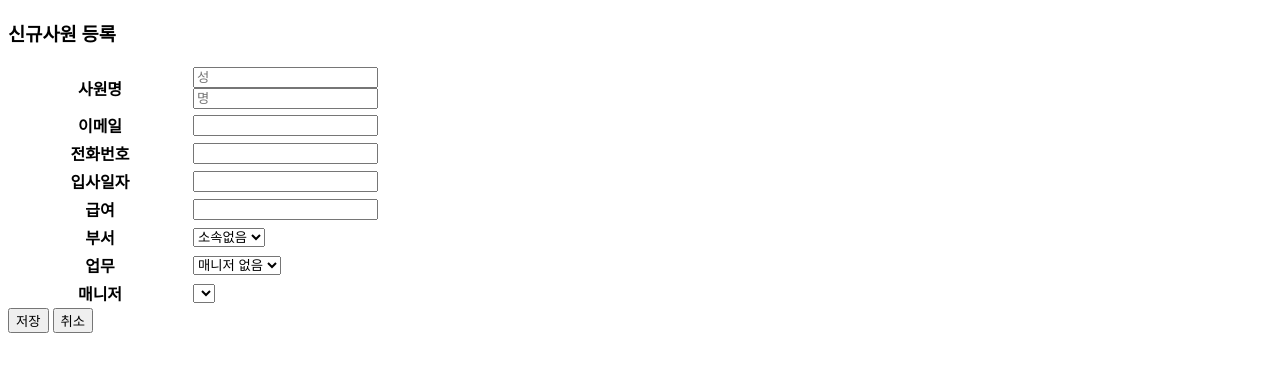
Repository: honsb91/Study_Spring
Page: http://localhost/02.Smart/WEB-INF/views/hr/register.jsp
An editor plug-in stored every save of this project. The page is shown before and after the next save, followed by the edit.
The browser window is 1280 px wide. The pictures show the whole page.
The page is served by Tomcat 9. Nobody is signed in. The template is opened directly, without the code that normally fills it, so the values that code supplies are empty.

Above is the page before, as saved 2023-12-26 07:37:28.
Console error: ReferenceError: $ is not defined

After the next save:
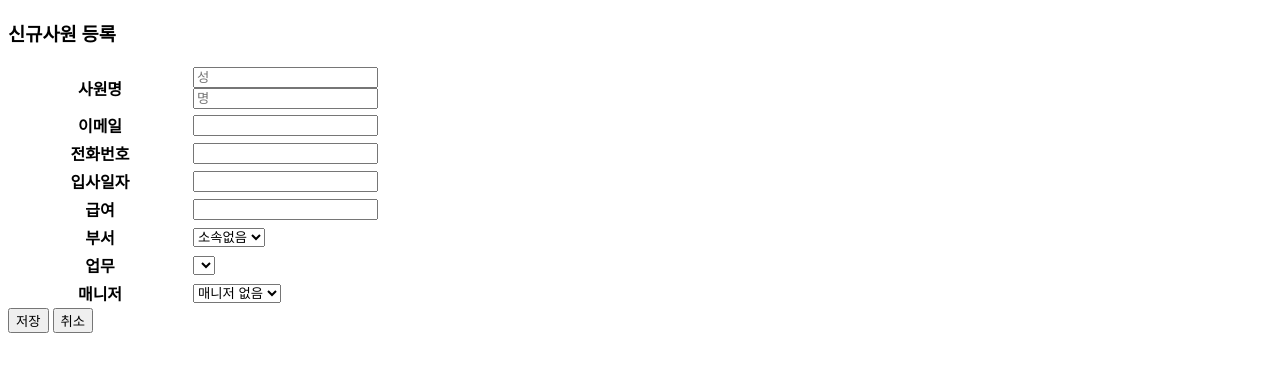
Saved 69 s later.
--- a/WorkSpace/02.Smart/src/main/webapp/WEB-INF/views/hr/register.jsp
+++ b/WorkSpace/02.Smart/src/main/webapp/WEB-INF/views/hr/register.jsp
@@ -83,7 +83,6 @@
 			<div class="row">
 				<div class="col-auto">
 					<select name="job_id" class="form-select">
-							<option value="-1">매니저 없음</option>
 						<c:forEach items="${jobs }" var="j">
 							<option value="${j.job_id }" >${j.job_title }</option>
 						</c:forEach>
@@ -97,6 +96,7 @@
 			<div class="row">
 				<div class="col-auto">
 					<select name="manager_id" class="form-select">
+							<option value="-1">매니저 없음</option>
 						<c:forEach items="${managers }" var="m">
 							<option value="${m.employee_id}" >${m.name }</option>
 						</c:forEach>
